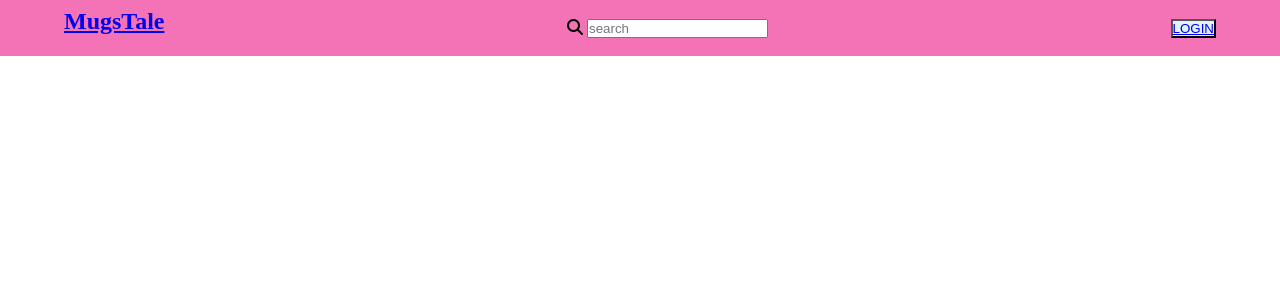
Repository: Anasooya2601/ecom
Page: home.html
These files come from the project's save history. The page is drawn as it stood at one moment and after the next save; the edit follows.
The browser window is 1280 px wide. The pictures show the whole page.
Some web libraries are served in a nearby version.

Above is the page before, as saved 2022-02-20 02:01:14.

### home.html
<!DOCTYPE html>
<html lang="en">
<head>
    <meta charset="UTF-8">
    <meta http-equiv="X-UA-Compatible" content="IE=edge">
    <meta name="viewport" content="width=device-width, initial-scale=1.0">
    <link rel="stylesheet" href="https://cdnjs.cloudflare.com/ajax/libs/font-awesome/4.7.0/css/font-awesome.min.css">
    <script src="https://kit.fontawesome.com/e70e2d0aa4.js" crossorigin="anonymous"></script>
    <title>HOME | MugsTale</title>
    <link rel="stylesheet" href="home.css">
</head>
<body>
    <div class="navbar">
        <div class="heading">
            <a href="/home.html"><h2>MugsTale</h2></a>
        </div>
        <div class="search">
            <i class="fas fa-search search-icon"></i>
            <input type="text" class="input" placeholder="search" >
        </div>

        <div class="login">
            <button class="btn btn-primary"><a href="./Pages/LogIn/login.html">LOGIN</a></button>
        </div>
    </div>
</body>
</html>

### home.css
@import url('https://fonts.googleapis.com/css2?family=Space+Grotesk:wght@700&display=swap');

:root{
    --pink-4:#f472b6;
    --pink-6:#c026d3;
    --yellow-1:#fef9c3;
    --yellow-4:#fde68a;
    --green-1:#ecfccb;
    --blue-1:#e0f2fe;
}

*{
    margin: 0;
    padding: 0;
}
body{
    letter-spacing: 0px;
}
a,button{

}
.btn-primary{
    background-color: var(--blue-1);
}
.search::placeholder{
    color: white;
}

.navbar{
    background: var(--pink-4);
    display: flex;
    justify-content: space-between;
    padding: 0.5rem 4rem;
    align-items: center;
    text-decoration: none;

}
.search{
    align-items: center;
}
.heading{
    height: 2.5rem;

    text-decoration: none;
    }

After the next save:
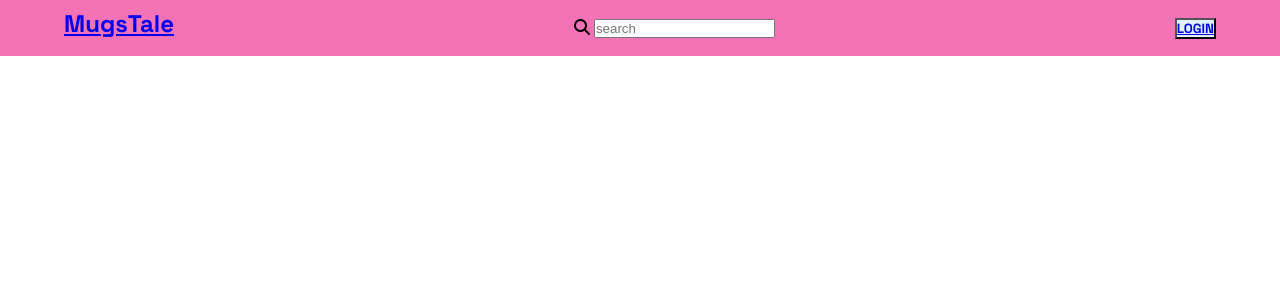
Saved 12 s later.
--- a/home.css
+++ b/home.css
@@ -17,7 +17,7 @@
     letter-spacing: 0px;
 }
 a,button{
-
+    font-family: 'Space Grotesk', sans-serif;
 }
 .btn-primary{
     background-color: var(--blue-1);
